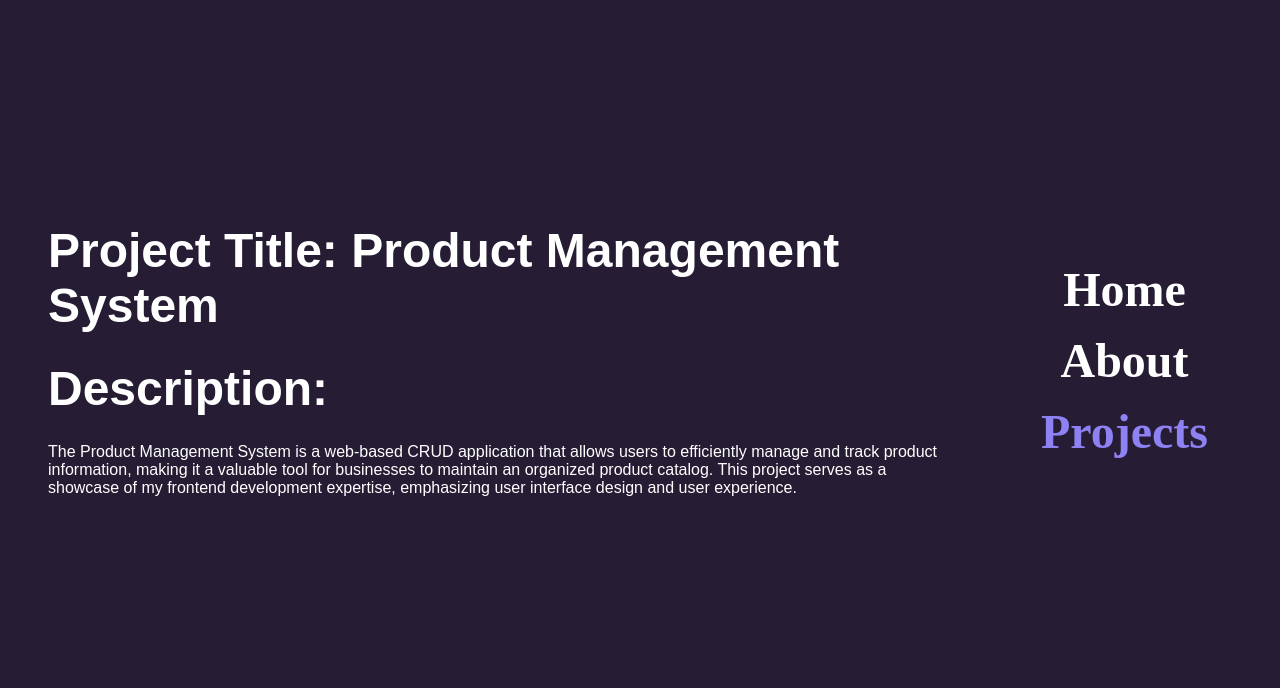
Repository: ahamdy997/portfolio
Page: /projects
An editor plug-in stored every save of this project. The page is shown before and after the next save, followed by the edit.
The browser window is 1280 px wide. The pictures show the whole page.
The project was rebuilt for these pictures with package versions that can differ from the ones it lists, and the page was loaded fresh each time. Also part of the build but not shown: vue.config.js, src/components/HelloWorld.vue, src/views/HomeView.vue.

Above is the page before, as saved 2023-11-06 00:49:06.

After the next save:
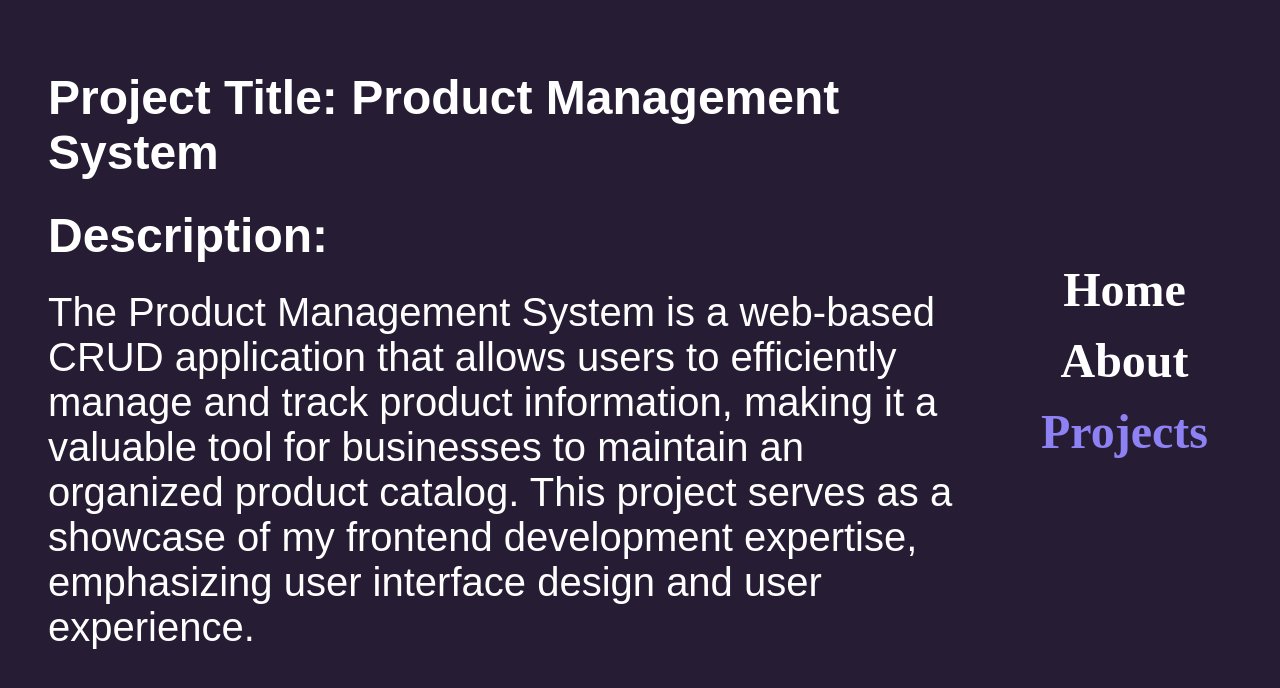
Saved 36 s later.
--- a/src/views/ProjectView.vue
+++ b/src/views/ProjectView.vue
@@ -1,7 +1,7 @@
 <template>
   <div>
     <h2>Project Title: Product Management System</h2>
-    <h2 class="head2">Description:</h2>
+    <h2>Description:</h2>
     <p>
       The Product Management System is a web-based CRUD application that allows
       users to efficiently manage and track product information, making it a
@@ -23,7 +23,7 @@ h2 {
   margin-bottom: 1.7rem;
   font-size: 3rem;
 }
-head2 {
+p {
   font-size: 2.5rem;
 }
 </style>
